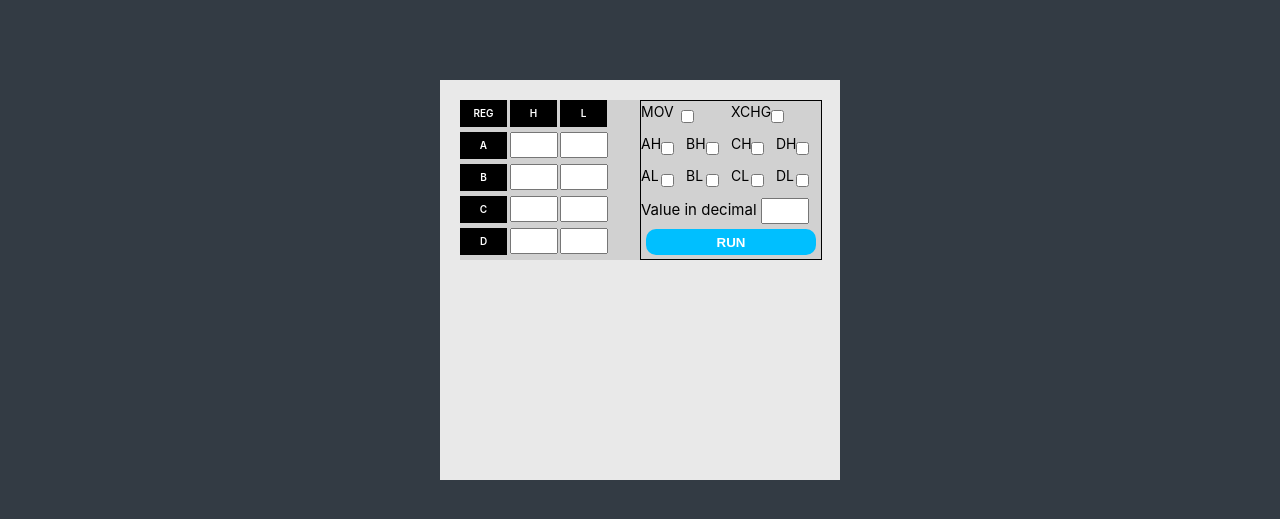
Repository: piookr-wsei/8086
Page: /
The author's editor kept a copy of each file at every save. The page is drawn from the files as they stood at one save, then again after the next save.
The browser window is 1280 px wide. The pictures show the whole page.
The project was rebuilt for these pictures with package versions that can differ from the ones it lists, and the page was loaded fresh each time.

Above is the page before, as saved 2022-06-18 21:55:21.

### src/App.js
import React from 'react';
import { useState } from 'react';
import './App.css';
import { RegDesc, RegInput, RegWrapper, UiWindow, UiWrapper, SettingsWrapper, Labels, CheckWrapper, OpBox, LineWrap, NumDesc, RegChWrapper, Run } from './Components/Components.elements';


function App() {

  const xchg="xchg";
  const mov="mov"

  const [movChecked, setMovChecked] = useState(false);

  const [xchgChecked, setXchgChecked] = useState(false);

  const [opChosen,setOpChosen] = useState(null)

  function HandleCheck(name){
    if(name=="mov"){
      setMovChecked(!movChecked)
      setXchgChecked(false)
    }
    else if(name=="xchg"){
      setXchgChecked(!xchgChecked)
      setMovChecked(false)

    }
    setOpChosen(name)
  }

function OpChange(){
  return(
    <>
    <Labels>
      <CheckWrapper>
        MOV
        <OpBox type="checkbox"  checked={movChecked} onClick={() => HandleCheck(mov)} id="MOV"/>
      </CheckWrapper>
      <CheckWrapper style={{position:"relative", left:"10px"}}>
        XCHG
        <OpBox type="checkbox" checked={xchgChecked} onChange={() => HandleCheck(xchg)} id="XCHG" name="XCHG"/>
      </CheckWrapper>
    </Labels>
    </>
    )
  }







  return (
    <div className="App">
      <UiWindow>
        <UiWrapper>
          <RegWrapper>
            <RegDesc textContent={"REG"}/>  <RegDesc textContent={"H"}/>  <RegDesc textContent={"L"}/>

            <RegDesc textContent={"A"}/>  <RegInput maxLength={2}/> <RegInput maxLength={2}/>
            <RegDesc textContent={"B"}/>  <RegInput maxLength={2}/> <RegInput maxLength={2}/>
            <RegDesc textContent={"C"} />  <RegInput maxLength={2}/> <RegInput maxLength={2}/>
            <RegDesc textContent={"D"}/>  <RegInput maxLength={2}/> <RegInput maxLength={2}/>
          </RegWrapper>

          <SettingsWrapper>

              <OpChange/>

              <RegChWrapper>
                <CheckWrapper>
                  AH<OpBox type="checkbox"/>
                </CheckWrapper>
                <CheckWrapper>
                  BH<OpBox type="checkbox"/>
                </CheckWrapper>
                <CheckWrapper>
                  CH<OpBox type="checkbox"/>
                </CheckWrapper>
                <CheckWrapper>
                  DH<OpBox type="checkbox"/>
                </CheckWrapper>
                <CheckWrapper>
                  AL<OpBox type="checkbox"/>
                </CheckWrapper>
                <CheckWrapper>
                  BL<OpBox type="checkbox"/>
                </CheckWrapper>
                <CheckWrapper>
                  CL<OpBox type="checkbox"/>
                </CheckWrapper>
                <CheckWrapper>
                  DL<OpBox type="checkbox"/>
                </CheckWrapper>
              </RegChWrapper>

              <LineWrap>
              <NumDesc textContent={"Value in decimal"}/>  <RegInput maxLength={3} style={{width:"40px"}}/>
              </LineWrap>
              <Run>RUN</Run>
          </SettingsWrapper>



        </UiWrapper>
      </UiWindow>

    </div>
  );
}

export default App;

### src/App.css
body{
  height: 100%;
  background: rgba(1, 10, 22, 0.8);
}
.App {

}

.App-logo {
  height: 40vmin;
  pointer-events: none;
}

@media (prefers-reduced-motion: no-preference) {
  .App-logo {
    animation: App-logo-spin infinite 20s linear;
  }
}

.App-header {
  background-color: #282c34;
  min-height: 100vh;
  display: flex;
  flex-direction: column;
  align-items: center;
  justify-content: center;
  font-size: calc(10px + 2vmin);
  color: white;
}

.App-link {
  color: #61dafb;
}

@keyframes App-logo-spin {
  from {
    transform: rotate(0deg);
  }
  to {
    transform: rotate(360deg);
  }
}

### src/Components/Components.elements.js
import styled from "styled-components";

export const UiWindow = styled.div`
    height: 400px;
    width: 400px;
    background: rgb(233,233,233);
    position: relative;
    margin: auto;
    top: 80px;
`

export const UiWrapper = styled.div`
    border: 20px solid transparent;
    display: grid;
    grid-template-columns: 1fr 1fr;
`

export const RegWrapper = styled.div`
    width: 180px;
    background: rgba(0,0,0,0.1);
    position: relative;
    left: 0;
    display: grid;
    grid-template-columns: 50px 50px 50px;
`

export const RegInput = styled.input`
    height: 20px;
    width: 40px;
    margin-bottom:5px;
    text-align: center;
`

export const SettingsWrapper = styled.div`
    width: 180px;
    background: rgba(0,0,0,0.1);
    position: relative;
    right: 0;
    display: grid;
    grid-template-columns: 180px;
    border: solid 1px black;
    font-size: 14px;
    line-height: 22px;
    grid-template-rows: 32px 64px repeat(auto-fit, 32px);
`

export const RegDescSC = styled.div`
    height: 27px;
    width: 47px;
    background: black;
    margin-bottom:5px;
    color: white;
    font-weight: 600;
`

export const DescText = styled.p`
    font-size: 10px;
    text-align: center;
    position: relative;
    top: -3px;
`

export function RegDesc(props){
    return(
        <RegDescSC>
            <DescText>{props.textContent}</DescText>
        </RegDescSC>
    )
}

export const Labels = styled.div`
    display: grid;
    grid-template-columns: 80px 80px;
`

export const CheckWrapper = styled.div`

    min-width: 30px;
    max-width: 65px;
    height: 25px;
    display: flex;
    justify-content: space-between;
`

export const OpBox = styled.input`
    vertical-align: "middle";
    position: relative;
    top: 3px;
    left: -9px;
`

export const LineWrap = styled.div`
    width: 180px;
    display: flex;
    align-items: center;
`

export const NumSC = styled.div`
    width: 120px;
    text-align: left !important;
`

export function NumDesc(props){
    return(
        <NumSC>
            <DescText style={{textAlign: "left", fontSize:"15px"}}>{props.textContent}</DescText>
        </NumSC>
    )
}

export const RegChWrapper = styled.div`
width: 180px;
display: grid;
grid-template-columns: 45px 45px 45px 45px ;
`

export const Run = styled.button`
width: 170px;
border-radius: 10px;
border:transparent 4px;
background-color: #00bfff;
margin: 0px auto 4px auto;
font-weight: 700;
color: white;
cursor: pointer;
`

Loaded but not shown: public/index.html (common file); src/index.js (common file); src/index.css (common file); src/reportWebVitals.js (common file)

After the next save:
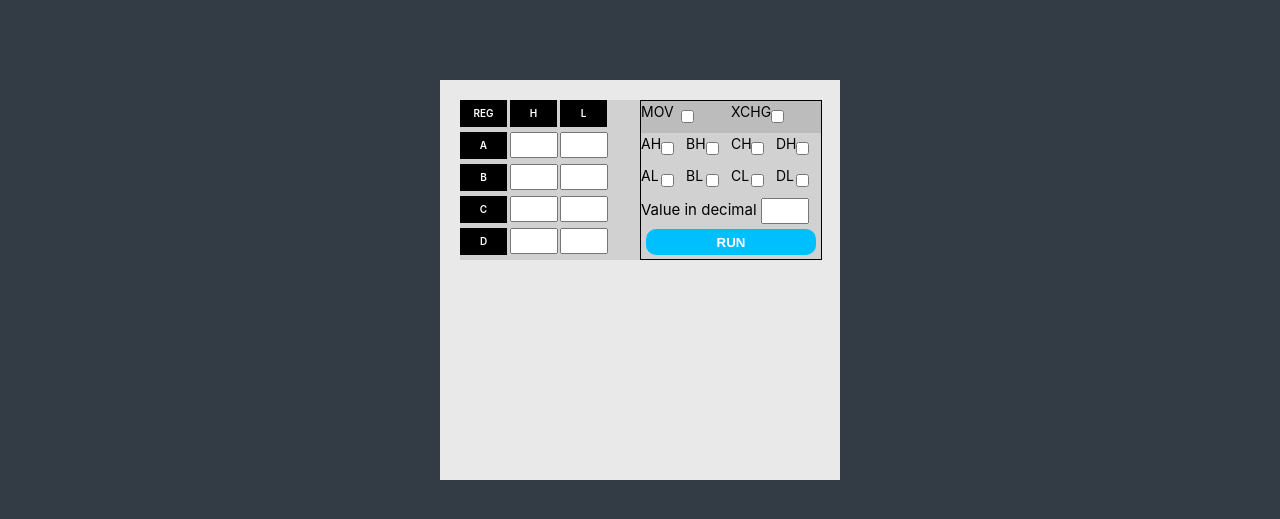
Saved 8 s later.
--- a/src/App.js
+++ b/src/App.js
@@ -31,7 +31,7 @@ function App() {
 function OpChange(){
   return(
     <>
-    <Labels>
+    <Labels  style={{background: "rgba(0,0,0,0.1)"}}>
       <CheckWrapper>
         MOV
         <OpBox type="checkbox"  checked={movChecked} onClick={() => HandleCheck(mov)} id="MOV"/>
